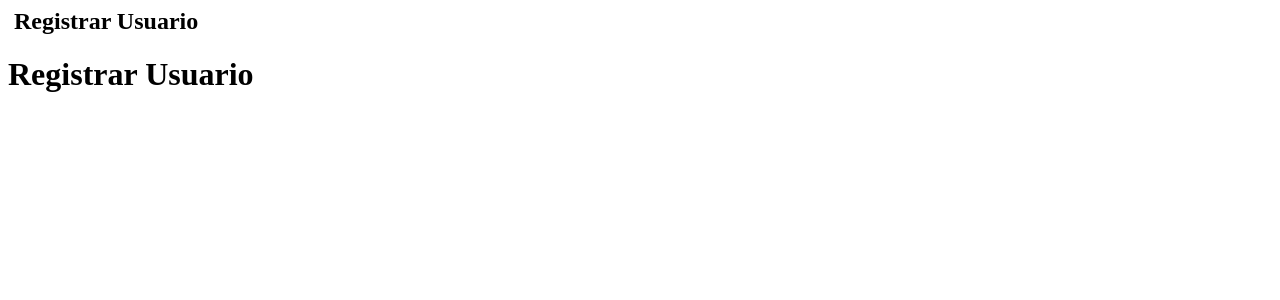
Repository: androla10/ProyectoCibert5to
Page: http://localhost/GDI/Admin/Admin.jsp
The author's editor kept a copy of each file at every save. The page is drawn from the files as they stood at one save, then again after the next save.
The browser window is 1280 px wide. The pictures show the whole page.
The page is served by Tomcat 9. Nobody is signed in. The application's start-up code is not run.

Above is the page before, as saved 2016-04-22 16:15:01.

After the next save:
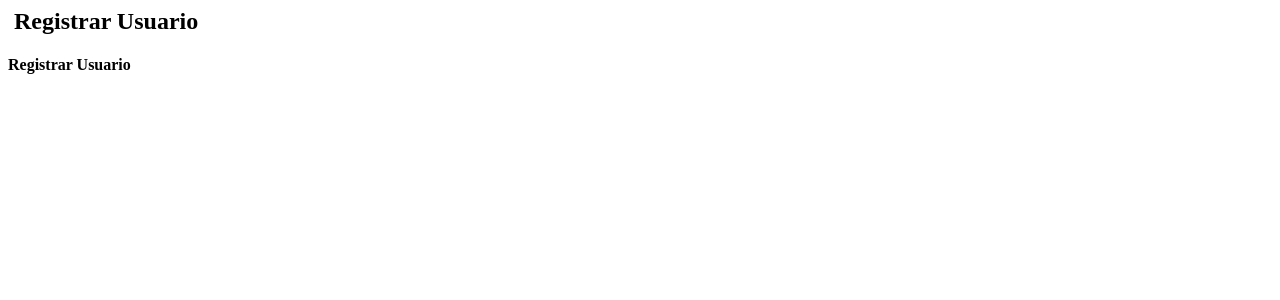
Saved 15 s later.
--- a/GDI/src/main/webapp/Admin/Admin.jsp
+++ b/GDI/src/main/webapp/Admin/Admin.jsp
@@ -3,7 +3,7 @@
 	</hr>
 	<div class="panel-default">
 		<div class="panel-heading">
-			<h1>Registrar Usuario</h1>
+			<h4>Registrar Usuario</h4>
 		</div>
 		<div class="panel-body">
 
